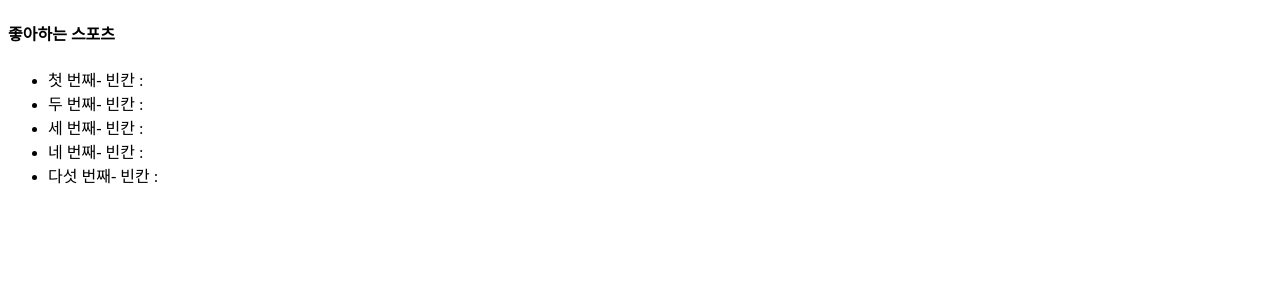
Repository: Rua1006/JSP
Page: http://localhost/practice02/05ELParam.jsp
The author's editor kept a copy of each file at every save. The page is drawn from the files as they stood at one save, then again after the next save.
The browser window is 1280 px wide. The pictures show the whole page.
The page is served by Tomcat 9.

Above is the page before, as saved 2022-11-10 05:23:19.

After the next save:
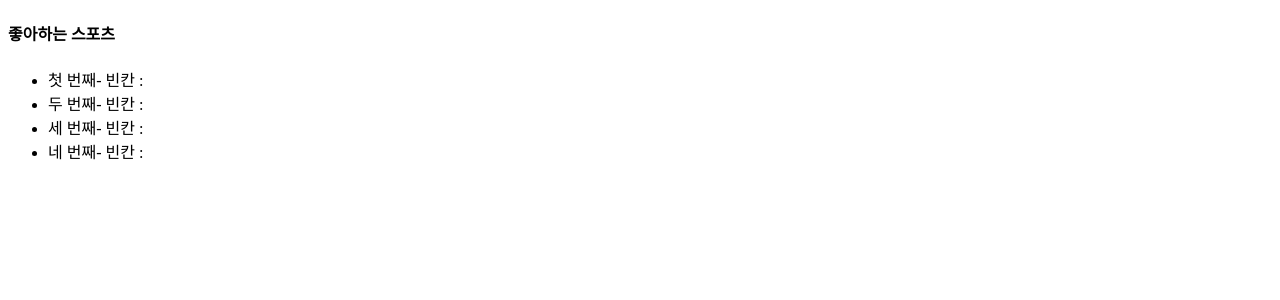
Saved 8 s later.
--- a/practice02/WebContent/05ELParam.jsp
+++ b/practice02/WebContent/05ELParam.jsp
@@ -31,7 +31,7 @@
 	<li>두 번째- <%=hobby[1] %> : ${paramValues.hobby[1] }</li>
 	<li>세 번째- <%=hobby[2] %> : ${paramValues.hobby[2] }</li>
 	<li>네 번째- <%=hobby[3] %> : ${paramValues.hobby[3] }</li>
-	<li>다섯 번째- <%=hobby[4] %> : ${paramValues.hobby[4] }</li>
+	<%-- <li>다섯 번째- <%=hobby[4] %> : ${paramValues.hobby[4] }</li> --%>
 </ul>
 </body>
 </html>
